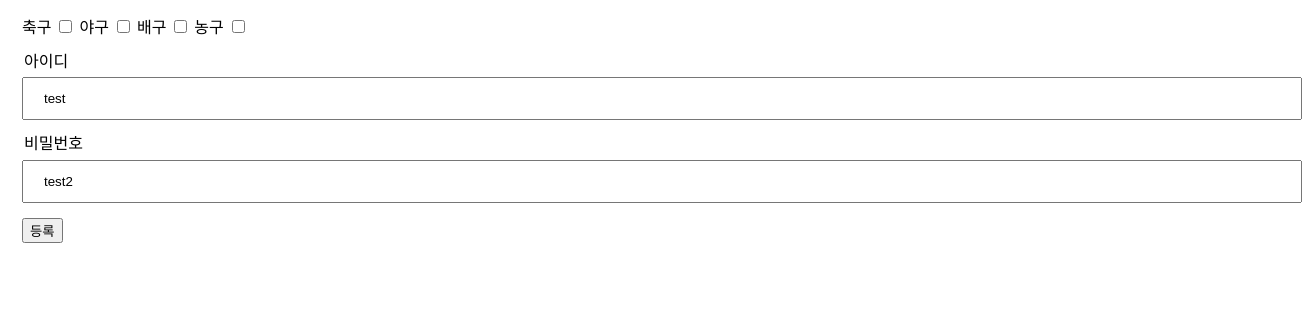
Repository: mireu930/Serverlet_App
Page: src/build/classes/webapp/template/sample_form.html
An editor plug-in stored every save of this project. The page is shown before and after the next save, followed by the edit.
The browser window is 1280 px wide. The page is 1302 px wide, then 1280 px, so the pictures cover 1302 px, including what lies to the right of the window. The pictures show the whole page.

Above is the page before, as saved 2025-02-07 16:23:10.

### src/build/classes/webapp/template/sample_form.html
<!DOCTYPE html>
<html lang="en">
<head>
  <meta charset="UTF-8">
  <meta name="viewport" content="width=device-width, initial-scale=1.0">
  <title>Document</title>
  <style>
    fieldset {
      border:0;
    }

    input[type=text] {
      width: 100%;
      padding:12px 20px;

    }
  </style>
</head>
<body>
  <form>

    <fieldset>

      <label for ="p1">축구</label>
      <input type = "checkbox" id = "p1">
      <label for ="p2">야구</label>
      <input type = "checkbox" id = "p2">
      <label for ="p3">배구</label>
      <input type = "checkbox" id = "p3">
      <label for ="p4">농구</label>
      <input type = "checkbox" id = "p4">
    </fieldset>

    <fieldset>
      <legend>아이디</legend>
        <input type = "text" name = "department_name" value = "test">
    </fieldset>
    <fieldset>
      <legend>비밀번호</legend>
      <input type = "text" name = "manager_id" value = "test2">
    </fieldset>
      <fieldset>
        <input type = "submit" value ="등록">
      </fieldset>


  </form>
</body>
</html>

After the next save:
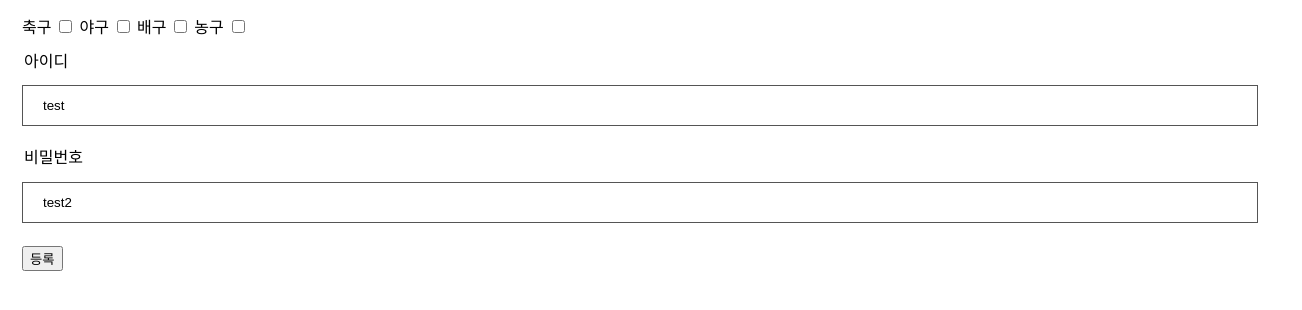
Saved 64 s later.
--- a/src/build/classes/webapp/template/sample_form.html
+++ b/src/build/classes/webapp/template/sample_form.html
@@ -12,7 +12,9 @@
     input[type=text] {
       width: 100%;
       padding:12px 20px;
-
+      margin: 8px 0;
+      box-sizing:border-box;
+      border:1px solid #555;
     }
   </style>
 </head>
